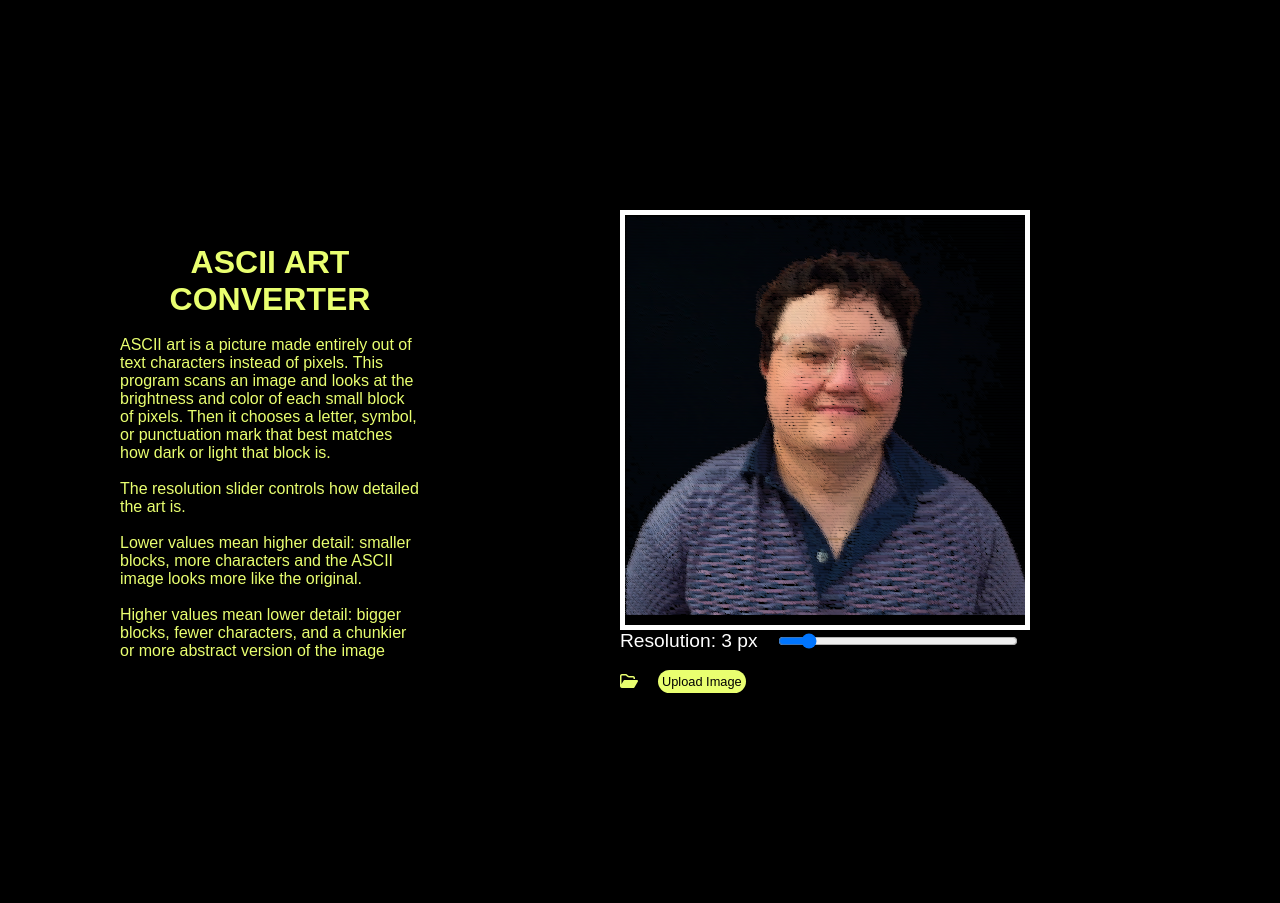
Repository: rosieomusic/ascii-art
Page: index.html
These files come from the project's save history. The page is drawn as it stood at one moment and after the next save; the edit follows.
The browser window is 1280 px wide. The pictures show the whole page.
Some web libraries are served in a nearby version.

Above is the page before, as saved 2025-05-06 19:35:15.

### index.html
<!DOCTYPE html>
<html>
	<head>
		<meta charset="UTF-8" />
		<meta
			name="viewport"
			content="width=device-width, initial-scale=1.0"
		/>

		<title>ASCII ART</title>
		<link
			rel="stylesheet"
			href="styles.css"
		/>
		<script
			src="https://kit.fontawesome.com/56e0d45a0e.js"
			crossorigin="anonymous"
		></script>
	</head>
	<body>
		<div class="big-container">
			<div id="explaination">
				<h1>ASCII ART CONVERTER</h1>
				<br />
				<p>
					ASCII art is a picture made entirely out of text characters instead of
					pixels. This program scans an image and looks at the brightness and
					color of each small block of pixels. Then it chooses a letter, symbol,
					or punctuation mark that best matches how dark or light that block is.
				</p>
				<br />
				<p>The resolution slider controls how detailed the art is.</p>
				<br />
				<p>
					Lower values mean higher detail: smaller blocks, more characters and
					the ASCII image looks more like the original.
				</p>
				<br />
				<p>
					Higher values mean lower detail: bigger blocks, fewer characters, and
					a chunkier or more abstract version of the image
				</p>
			</div>
			<div class="container">
				<canvas id="canvas1"></canvas>
				<div class="controls">
					<label
						for="resolution"
						id="resolutionLabel"
						>Resolution 5 px</label
					>
					<input
						type="range"
						id="resolution"
						name="resolution"
						min="1"
						max="20"
						value="3"
					/>
				</div>
				<br />
				<div id="upload">
					<i class="fa-regular fa-folder-open"></i>

					<input
						type="file"
						id="imageUpload"
						accept="image/*"
					/>
					<label
						for="imageUpload"
						class="upload-btn"
						>Upload Image</label
					>
					<pre id="ascii-output"></pre>
					<canvas
						id="canvas2"
						style="display: none"
					></canvas>
				</div>
			</div>
		</div>

		<script src="script.js"></script>
	</body>
</html>

### styles.css
* {
	margin: 0;
	padding: 0;
	/* box-sizing: border-box; */
}
body {
	background: black;
}
.big-container {
	display: flex;
	flex-direction: column;
	align-items: center;
	justify-content: center;
	padding: 50px;
	gap: 20px;
}
h1 {
	text-align: center;
}
.container {
	position: relative;
	justify-content: center;
	align-items: center;
}
#canvas1 {
	border: 5px solid white;
	width: 100%;
	max-width: 800px;
	min-width: 300px;
	height: auto;
	display: block;
	padding-bottom: 5px;
}
.controls {
	display: flex;
}
.controls > input {
	width: 60%;
}
.controls > label {
	font-family: Arial, Helvetica, sans-serif;

	color: white;
	font-size: 0.9rem;
	padding-right: 10px;
}
i {
	color: #e9ff70;
	margin-right: 20px;
	margin-top: 3px;
}
#imageUpload {
	display: none;
}
#upload {
	display: flex;
}
.upload-btn:hover {
	cursor: pointer;
	transform: scale(1.05);
}
.upload-btn {
	font-family: Arial, Helvetica, sans-serif;
	font-size: 0.8em;
	background-color: #e9ff70;
	color: black;
	padding: 4px;
	border-radius: 20px;
	transition: transform 200ms ease-in-out;
}

#explaination {
	font-family: Arial, Helvetica, sans-serif;
	margin: 20px;
	width: 300px;
	color: #e9ff70;
}

@media (min-width: 768px) {
	.big-container {
		flex-direction: row;
	}
	.container {
		padding: 10em;
		width: 100%;
		max-width: 400px;
	}
	#canvas1 {
		border: 5px solid white;
		width: 100%;
		padding-bottom: 10px;
		max-width: 400px;
		height: auto;
	}

	.controls > label {
		padding-right: 20px;
		font-size: 1.2rem;
	}
	#resolutionLabel {
		white-space: nowrap;
	}
}

### script.js
const inputSlider = document.getElementById('resolution');
const inputLabel = document.getElementById('resolutionLabel');
const canvas = document.getElementById('canvas1');
const ctx = canvas.getContext('2d');

const image1 = new Image();
image1.src = 'img/roseomalleyheadshotblack.png';
inputSlider.addEventListener('change', handleSlider);

const imageUpload = document.getElementById('imageUpload');

imageUpload.addEventListener('change', function (event) {
	const file = event.target.files[0];
	if (!file) return;

	const reader = new FileReader();
	reader.onload = function (e) {
		image1.src = e.target.result; // This re-triggers image1.onload
	};
	reader.readAsDataURL(file);
});

class Cell {
	constructor(x, y, symbol, color, size) {
		this.x = x;
		this.y = y;
		this.symbol = symbol;
		this.color = color;
		this.size = size;
		//this.padding = this.size * 0.2;
	}
	draw(ctx) {
		ctx.font = `${this.size * 2}px Courier New`;
		//ctx.fillStyle = 'yellow';
		ctx.fillText(this.symbol, this.x + 1, this.y + 1, +this.size);

		ctx.fillStyle = this.color;
		ctx.fillText(this.symbol, this.x, this.y, this.size);
		ctx.textBaseline = 'top';
	}
}
class AsciiEffect {
	#imageCellArray = [];
	#pixels = [];
	#ctx;
	#width;
	#height;
	constructor(ctx, width, height) {
		this.#ctx = ctx;
		this.#width = width;
		this.#height = height;
		this.#ctx.drawImage(image1, 0, 0, this.#width, this.#height);
		this.#pixels = this.#ctx.getImageData(0, 0, this.#width, this.#height);
		//console.log(this.#pixels.data);
	}
	#convertToSymbol(g) {
		// @#W$9876543210?!abc;:+=-,._
		// .,:ilwW"
		// '$@B%8&WM#*oahkbdpqwmZO0QLCJUYXzcvunxrjft/|()1{}[]?-_+~<>i!lI;:,"^`'
		//`^",:;Il!i><~+_-?][}{1)(|/tfjrxnuvczXYUJCLQ0OZmwqpdbkhao*#MW&8%B@$

		const asciiGradient =
			' .`^",:;Il!i><~+_-?][}{1)(|/tfjrxnuvczXYUJCLQ0OZmwqpdbkhao*#MW&8%B@$';

		const index = Math.floor((g / 255) * (asciiGradient.length - 1));
		return asciiGradient[index];
	}

	#scanImage(cellSize) {
		this.#imageCellArray = [];
		const stepX = Math.floor(cellSize * 0.6);
		const stepY = cellSize;
		for (let y = 0; y < this.#pixels.height; y += stepY) {
			for (let x = 0; x < this.#pixels.width; x += stepX) {
				if (x >= this.#pixels.width || y >= this.#pixels.height) continue;
				const posX = x * 4;
				const posY = y * 4;
				const pos = (y * this.#pixels.width + x) * 4;

				if (this.#pixels.data[pos + 3] > 128) {
					const red = this.#pixels.data[pos];
					const green = this.#pixels.data[pos + 1];
					const blue = this.#pixels.data[pos + 2];
					const grayscale = 0.2126 * red + 0.7152 * green + 0.0722 * blue;

					//const color = 'yellow';
					//const color = grayscale > 110 ? 'white' : 'black';
					const total = red + green + blue;
					const averageColorValue = total / 3;
					const color = `rgb(${red}, ${green}, ${blue})`;
					const symbol = this.#convertToSymbol(averageColorValue);
					if (symbol)
						this.#imageCellArray.push(new Cell(x, y, symbol, color, cellSize));
				}
			}
		}
		//console.log(this.#imageCellArray);
	}
	#drawAscii() {
		this.#ctx.clearRect(0, 0, this.#width, this.#height);
		for (let i = 0; i < this.#imageCellArray.length; i++) {
			this.#imageCellArray[i].draw(this.#ctx);
		}
	}
	draw(cellSize) {
		this.#scanImage(cellSize);
		this.#drawAscii();
	}
}
let effect;
function handleSlider() {
	//console.log('Slider value: ', inputSlider.value);
	if (inputSlider.value == 1) {
		inputLabel.innerHTML = 'Original Image';
		ctx.drawImage(image1, 0, 0, canvas.width, canvas.height);
	} else {
		inputLabel.innerHTML = 'Resolution: ' + inputSlider.value + ' px';
		ctx.font = parseInt(inputSlider.value) * 2 + 'px Courier New';
		effect.draw(parseInt(inputSlider.value));
	}
}
image1.onload = function initialize() {
	//console.log('Image loaded: ', image1.src);
	//console.log('Image dimiensions: ', image1.width, image1.height);
	const maxDimension = 550;

	let scale = Math.min(
		maxDimension / image1.width,
		maxDimension / image1.height,
		1
	);

	const scaledWidth = image1.width * scale;
	const scaledHeight = image1.height * scale;
	canvas.width = scaledWidth;
	canvas.height = scaledHeight;

	ctx.clearRect(0, 0, canvas.width, canvas.height);
	ctx.drawImage(image1, 0, 0, scaledWidth, scaledHeight);

	effect = new AsciiEffect(ctx, scaledWidth, scaledHeight);
	//effect.draw(parseInt(inputSlider.value));

	const base64Image = canvas.toDataURL(image1);
	//console.log('Base64 image:', base64Image);

	handleSlider();
};
const string =
	'$@B%8&WM#*oahkbdpqwmZO0QLCJUYXzcvunxrjft/|()1{}[]?-_+~<>i!lI;:,"^`';

function reverseString(str) {
	const reversed = str.split('').reverse().join('');
	console.log(reversed);
	return reversed;
}

reverseString(string);

After the next save:
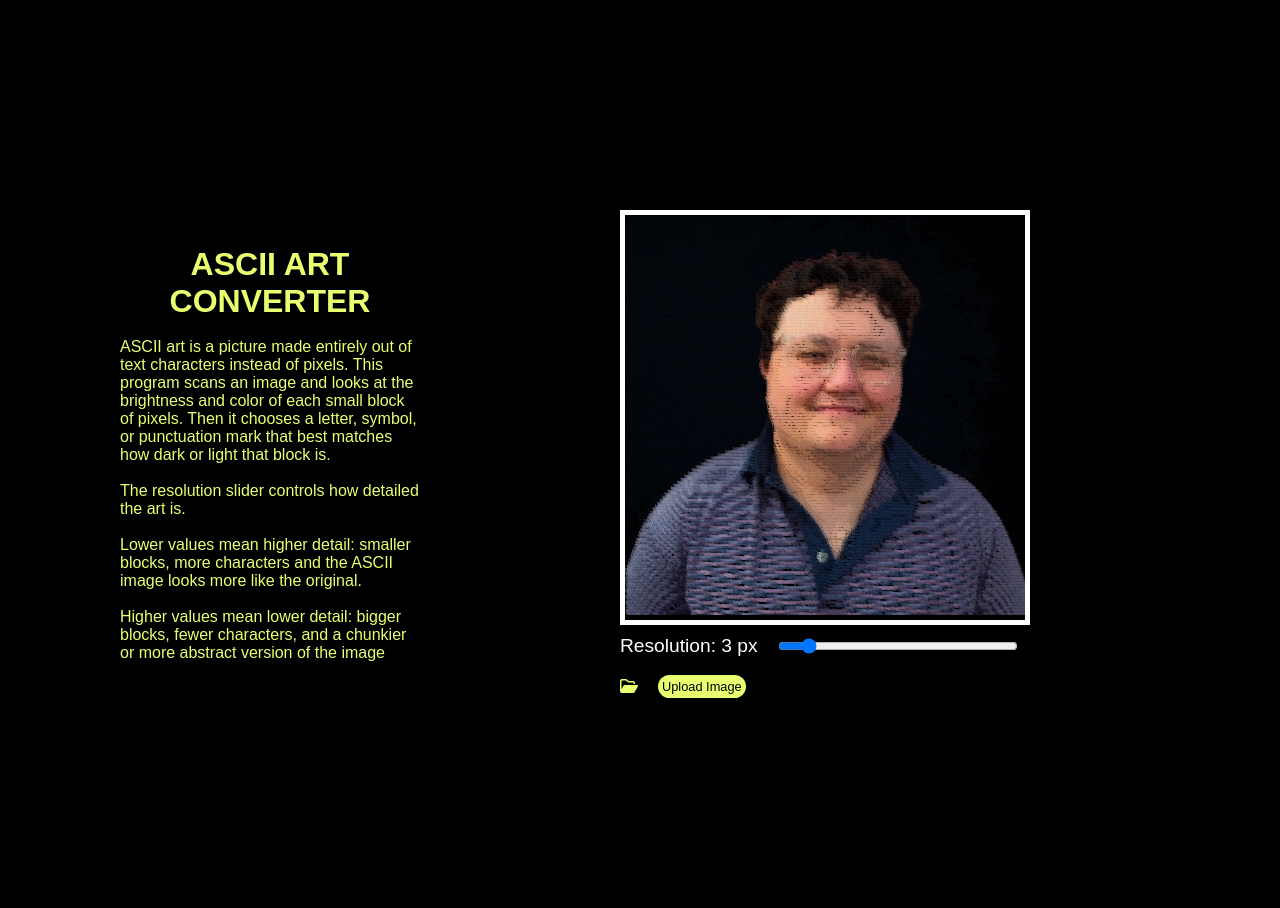
Saved 34 s later.
--- a/styles.css
+++ b/styles.css
@@ -88,7 +88,7 @@ i {
 	#canvas1 {
 		border: 5px solid white;
 		width: 100%;
-		padding-bottom: 10px;
+		margin-bottom: 10px;
 		max-width: 400px;
 		height: auto;
 	}
